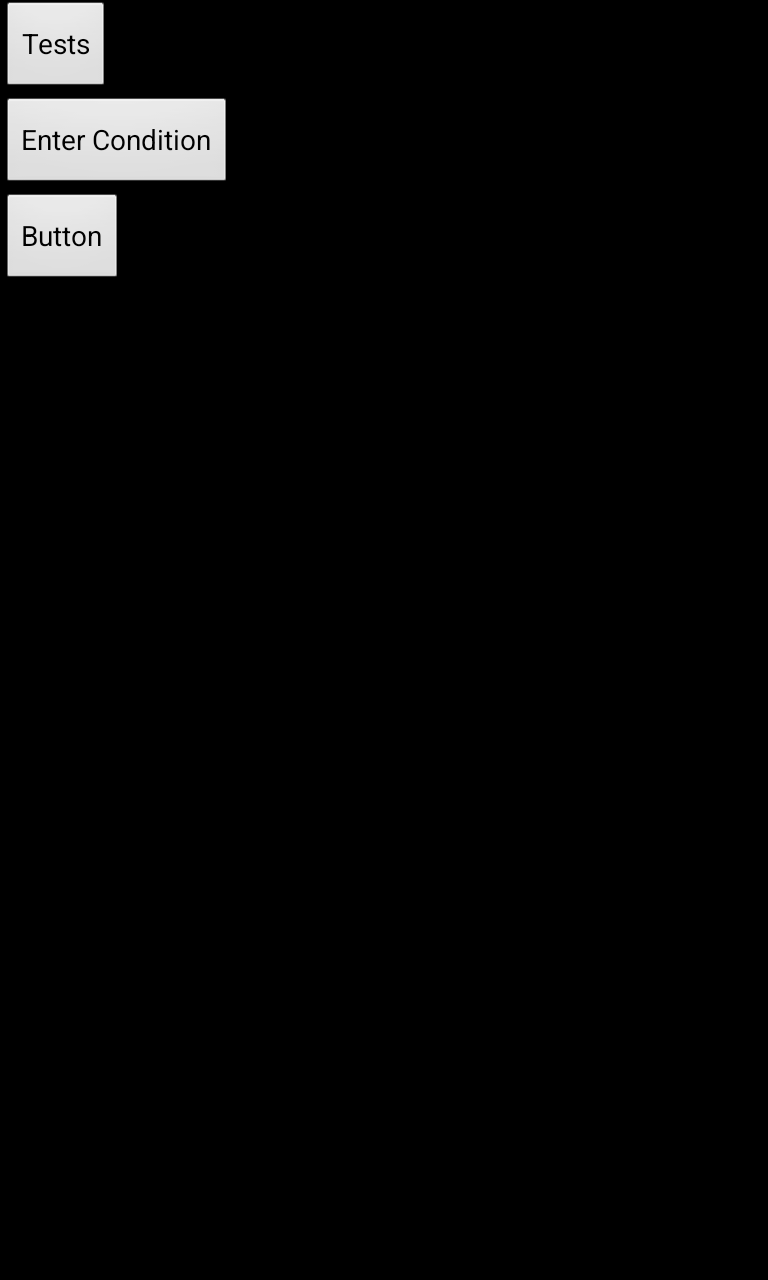
Repository: nuces-acm/DevFest-12-Team-9
Layout: data/Eclipse Workspace of android/Devfest/DCSClientApp/res/layout/main.xml
The author's editor kept a copy of each file at every save. The layout is drawn from the files as they stood at one save, then again after the next save.
It is drawn on a 768 x 1280 px phone screen (xhdpi) without system bars, with theme android:Theme; the app's code is not run.

Above is the layout before, as saved 2012-03-31 15:34:14.

### data/Eclipse Workspace of android/Devfest/DCSClientApp/res/layout/main.xml
<?xml version="1.0" encoding="utf-8"?>
<LinearLayout xmlns:android="http://schemas.android.com/apk/res/android"
    android:layout_width="match_parent"
    android:layout_height="match_parent"
    android:orientation="vertical" >

    <Button
        android:id="@+id/testsButton"
        android:layout_width="wrap_content"
        android:layout_height="wrap_content"
        android:text="Tests" />

    <Button
        android:id="@+id/sendConditionButton"
        android:layout_width="wrap_content"
        android:layout_height="wrap_content"
        android:text="Enter Condition" />

    <Button
        android:id="@+id/button3"
        android:layout_width="wrap_content"
        android:layout_height="wrap_content"
        android:text="Button" />

</LinearLayout>

After the next save:
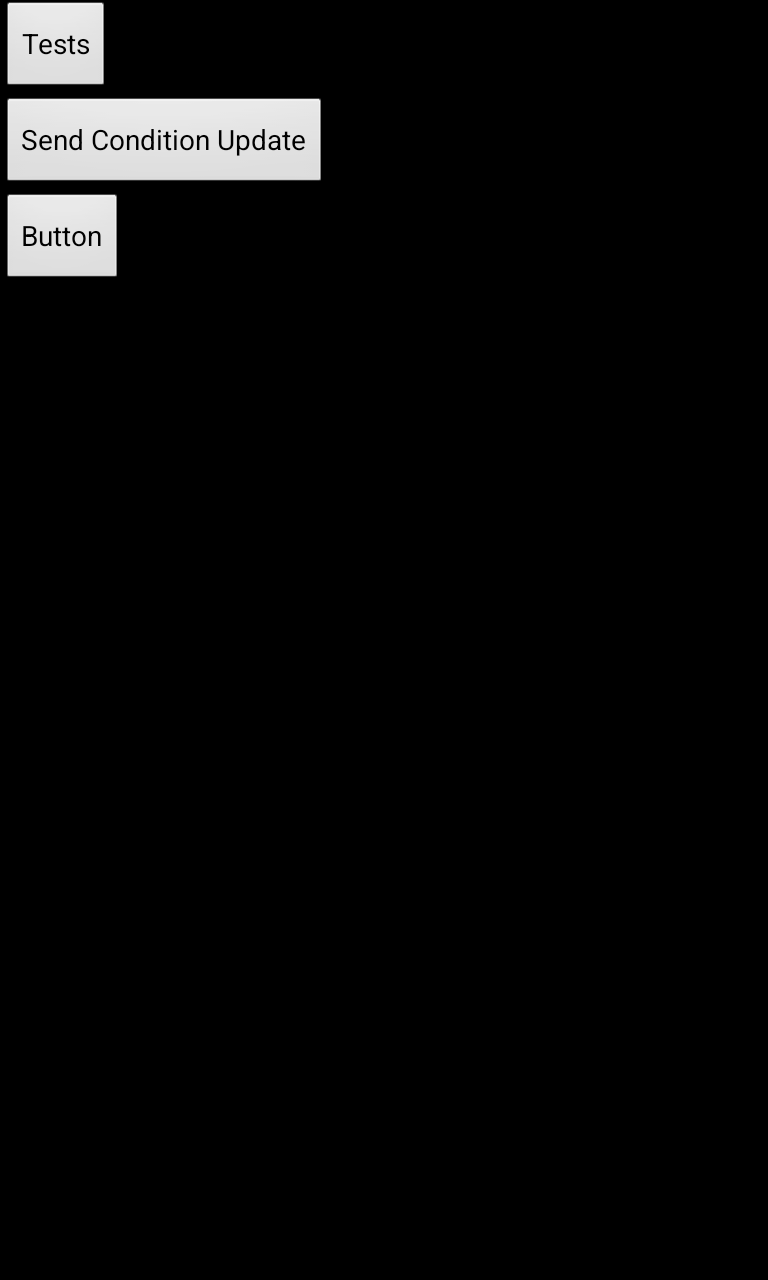
Saved 12 s later.
--- a/data/Eclipse Workspace of android/Devfest/DCSClientApp/res/layout/main.xml
+++ b/data/Eclipse Workspace of android/Devfest/DCSClientApp/res/layout/main.xml
@@ -14,7 +14,7 @@
         android:id="@+id/sendConditionButton"
         android:layout_width="wrap_content"
         android:layout_height="wrap_content"
-        android:text="Enter Condition" />
+        android:text="Send Condition Update" />
 
     <Button
         android:id="@+id/button3"
